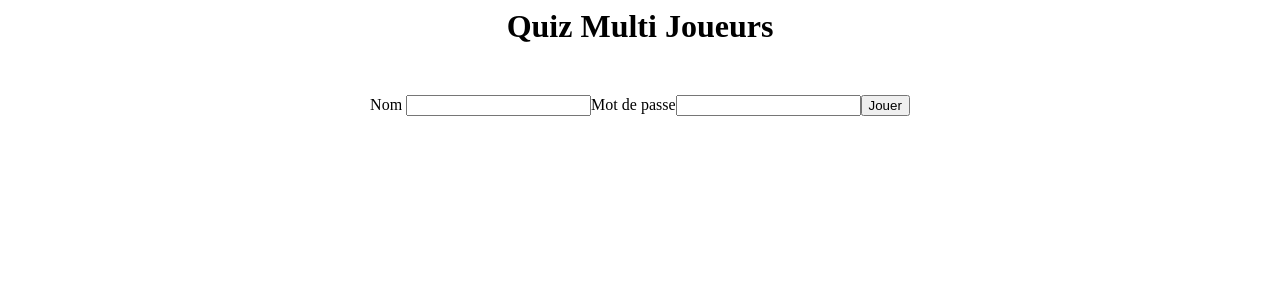
Repository: Serge-D/jeu_mj
Page: http://localhost/
These files come from the project's save history. The page is drawn as it stood at one moment and after the next save; the edit follows.
The browser window is 1280 px wide. The pictures show the whole page.
The page is served by the project's Node server (server.js).

Above is the page before, as saved 2020-02-06 13:59:01.

After the next save:
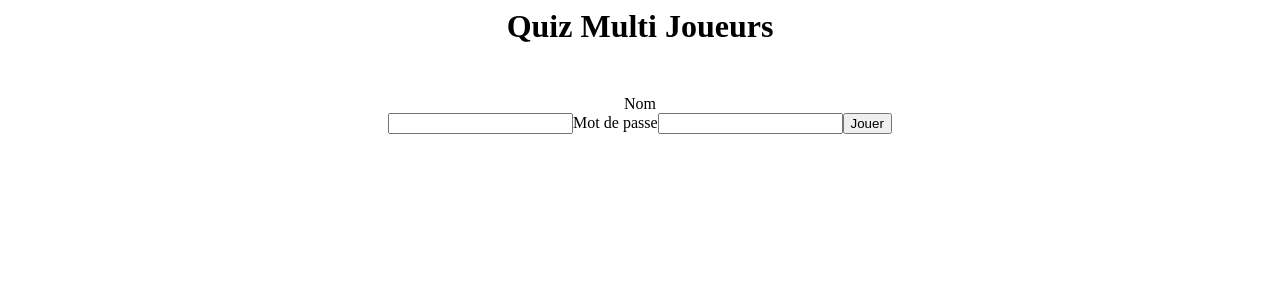
Saved 22 s later.
--- a/views/home.pug
+++ b/views/home.pug
@@ -5,6 +5,7 @@ include includes/head.pug
 
 form#formulaire(action='' method='get')
     label(for='name') Nom
+    br
     input#nameJ1(type='text' name='name')
     label(for='mdp') Mot de passe
     input#mdp(type='password' name= 'mdp')
